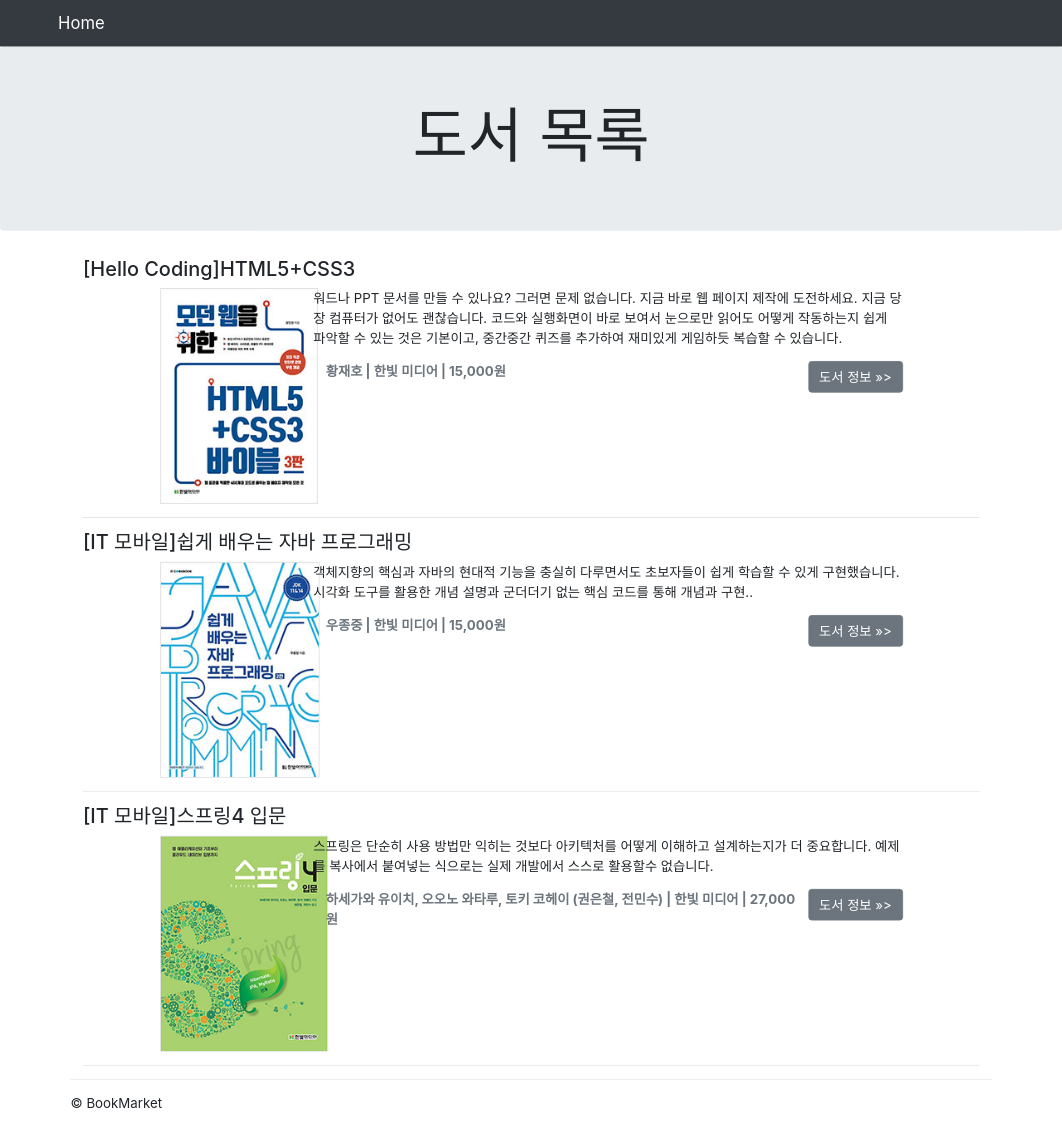
Repository: freedomseok8047/jsp
Page: http://localhost/BookMarket/books.jsp
An editor plug-in stored every save of this project. The page is shown before and after the next save, followed by the edit.
The browser window is 1280 px wide. The pictures show the whole page, at 83% of full size.
The page is served by Tomcat 9.

Above is the page before, as saved 2023-08-25 05:36:47.

### BookMarket/src/main/webapp/books.jsp
<%@ page language="java" contentType="text/html; charset=UTF-8"
	pageEncoding="UTF-8"%>
<%@ page import="java.util.ArrayList, java.text.NumberFormat"%>
<%@ page import="dto.Book"%>
<jsp:useBean id="bookDAO" class="dao.BookRepository" scope="session" />
<!DOCTYPE html>
<html>
<head>
<meta charset="UTF-8">
<link rel="stylesheet" href="./resources/css/bootstrap.min.css" />
<title>도서 목록</title>
</head>
<body>
	<jsp:include page="menu.jsp" />
	<div class="jumbotron">
		<div class="container">
			<h1 class="display-3" align="center">도서 목록</h1>
		</div>
	</div>
	<%
	ArrayList<Book> listOfBooks = bookDAO.getAllBooks();
	NumberFormat format = java.text.NumberFormat.getNumberInstance(java.util.Locale.US);
	format.setGroupingUsed(true);
	%>

	<div class="container">
		<div class="col" align="left">
			<%
			for (int i = 0; i < listOfBooks.size(); i++) {
				Book book = listOfBooks.get(i);
			%>
			<div class="row-xl-4">

				<h4>
					[<%=book.getCategory()%>]<%=book.getName()%>
				</h4>
				<div class="row justify-content-md-center">
					<div class="col col-lg-2">
						<img src="resources/images/<%=book.getFilename()%>"
							alt=<%=book.getName()%>>
					</div>
					<div class="col col-lg-8">
						<p><%=book.getDescription()%>
						<div class="container">
							<div class="row">
								<p class="col font-weight-bold text-secondary"><%=book.getAuthor()%>
									|
									<%=book.getPublisher()%>
									|
									<%=format.format(book.getUnitPrice())%>원
								<p>
									<a href="./book.jsp?id=<%=book.getBookId()%>"
										class="btn btn-secondary" role="button">도서 정보 &raquo;></a>
							</div>
						</div>
					</div>
				</div>
			</div>
			<hr>
			<%
			}
			%>
		</div>
		<hr>
	</div>
	<jsp:include page="footer.jsp" />


</body>
</html>

### BookMarket/src/main/webapp/menu.jsp
<nav class="navbar navbar-expand navbar-dark bg-dark">
		<div class="container">
			<div class=" navbar-header">
				<a class="navbar-brand" href=" ./welcome.jsp">Home</a>
			</div>
		</div>
	</nav>

### BookMarket/src/main/webapp/footer.jsp
<footer class="container">
		<p>&copy; BookMarket</p>
	</footer>

### BookMarket/src/main/java/dao/BookRepository.java
package dao;

import java.util.ArrayList;

import dto.Book;
import dto.Book;

public class BookRepository {

	private ArrayList<Book> listOfBooks = new ArrayList<Book>();

	public BookRepository() {
		Book book1 =new Book("B1234","HTML5+CSS3",15000);
		book1.setDescription("워드나 PPT 문서를 만들 수 있나요? 그러면 문제 없습니다. 지금 바로 웹 페이지 제작에 도전하세요. 지금 당장 컴퓨터가 없어도 괜찮습니다. 코드와 실행화면이 바로 보여서 눈으로만 읽어도 어떻게 작동하는지 쉽게 파악할 수 있는 것은 기본이고, 중간중간 퀴즈를 추가하여 재미있게 게임하듯 복습할 수 있습니다. ");
		book1.setAuthor("황재호");
		book1.setPublisher("한빛 미디어");
		book1.setCategory("Hello Coding");
		book1.setUnitsInStock(1000);
		book1.setTotalPages(700);
		book1.setReleaseDate("8월/22년");
		book1.setCondition("New");
		book1.setFilename("P1234.jpg");


		Book book2 =new Book("B1235","쉽게 배우는 자바 프로그래밍",15000);
		book2.setDescription("객체지향의 핵심과 자바의 현대적 기능을 충실히 다루면서도 초보자들이 쉽게 학습할 수 있게 구현했습니다. 시각화 도구를 활용한 개념 설명과 군더더기 없는 핵심 코드를 통해 개념과 구현..");
		book2.setAuthor("우종중");
		book2.setPublisher("한빛 미디어");
		book2.setCategory("IT 모바일");
		book2.setUnitsInStock(1000);
		book2.setTotalPages(700);
		book2.setReleaseDate("8월/22년");
		book2.setCondition("New");
		book2.setFilename("P1235.jpg");

		Book book3 =new Book("B1236","스프링4 입문",27000);
		book3.setDescription("스프링은 단순히 사용 방법만 익히는 것보다 아키텍처를 어떻게 이해하고 설계하는지가 더 중요합니다. 예제를 복사에서 붙여넣는 식으로는 실제 개발에서 스스로 활용할수 없습니다.");
		book3.setAuthor("하세가와 유이치, 오오노 와타루, 토키 코헤이 (권은철, 전민수)");
		book3.setPublisher("한빛 미디어");
		book3.setCategory("IT 모바일");
		book3.setUnitsInStock(1000);
		book3.setTotalPages(700);
		book3.setReleaseDate("8월/22년");
		book3.setCondition("New");
		book3.setFilename("P1236.jpg");

		listOfBooks.add(book1);
		listOfBooks.add(book2);
		listOfBooks.add(book3);
	}
		public ArrayList<Book> getAllBooks() {
			return listOfBooks;
	}
		public Book getBookById(String bookId) {
			Book bookById = null;
			for(int i =0; i < listOfBooks.size(); i++ ) {
				Book book = listOfBooks.get(i);
				if(book != null && book.getBookId() != null && book.getBookId().equals(bookId)) {
					bookById = book;
					break;
				}
			}
			return bookById;
		}
}

### BookMarket/src/main/java/dto/Book.java
package dto;

import java.io.Serializable;

public class Book implements Serializable {

	private static final long serialVersionUID = -4274700572038677000L;

	private String bookId;
	private String name;
	private Integer unitPrice;
	private String author;
	private String description;
	private String publisher;
	private String category;
	private long unitsInStock;
	private long totalPages;
	private String releaseDate;
	private String condition;
	private String filename;

	public String getFilename() {
		return filename;
	}

	public void setFilename(String filename) {
		this.filename = filename;
	}

	public Book() {
		super();
	}

	public Book(String bookId, String name, Integer unitPrice) {
		this.bookId = bookId;
		this.name = name;
		this.unitPrice = unitPrice;
	}


	public String getBookId() {
		return bookId;
	}
	public void setBookId(String bookId) {
		this.bookId = bookId;
	}
	public String getName() {
		return name;
	}
	public void setName(String name) {
		this.name = name;
	}
	public Integer getUnitPrice() {
		return unitPrice;
	}
	public void setUnitPrice(Integer unitPrice) {
		this.unitPrice = unitPrice;
	}
	public String getAuthor() {
		return author;
	}
	public void setAuthor(String author) {
		this.author = author;
	}
	public String getDescription() {
		return description;
	}
	public void setDescription(String description) {
		this.description = description;
	}
	public String getPublisher() {
		return publisher;
	}
	public void setPublisher(String publisher) {
		this.publisher = publisher;
	}
	public String getCategory() {
		return category;
	}
	public void setCategory(String category) {
		this.category = category;
	}
	public long getUnitsInStock() {
		return unitsInStock;
	}
	public void setUnitsInStock(long unitsInStock) {
		this.unitsInStock = unitsInStock;
	}
	public long getTotalPages() {
		return totalPages;
	}
	public void setTotalPages(long totalPages) {
		this.totalPages = totalPages;
	}
	public String getReleaseDate() {
		return releaseDate;
	}
	public void setReleaseDate(String releaseDate) {
		this.releaseDate = releaseDate;
	}
	public String getCondition() {
		return condition;
	}
	public void setCondition(String condition) {
		this.condition = condition;
	}


}

Loaded but not shown: BookMarket/src/main/webapp/resources/css/bootstrap.min.css (library)

After the next save:
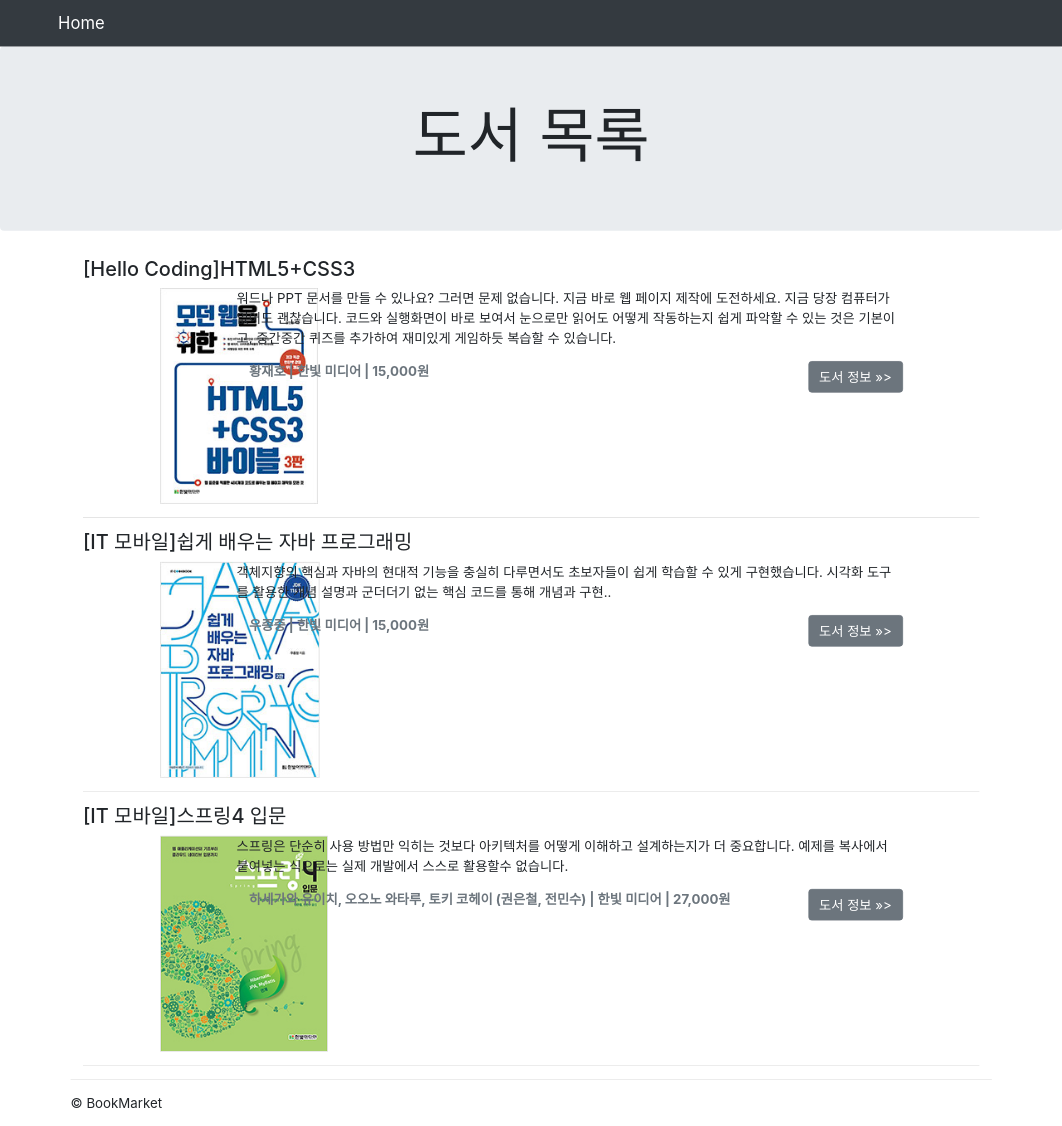
Saved 19 s later.
--- a/BookMarket/src/main/webapp/books.jsp
+++ b/BookMarket/src/main/webapp/books.jsp
@@ -35,11 +35,11 @@
 					[<%=book.getCategory()%>]<%=book.getName()%>
 				</h4>
 				<div class="row justify-content-md-center">
-					<div class="col col-lg-2">
+					<div class="col col-lg-1">
 						<img src="resources/images/<%=book.getFilename()%>"
 							alt=<%=book.getName()%>>
 					</div>
-					<div class="col col-lg-8">
+					<div class="col col-lg-9">
 						<p><%=book.getDescription()%>
 						<div class="container">
 							<div class="row">
